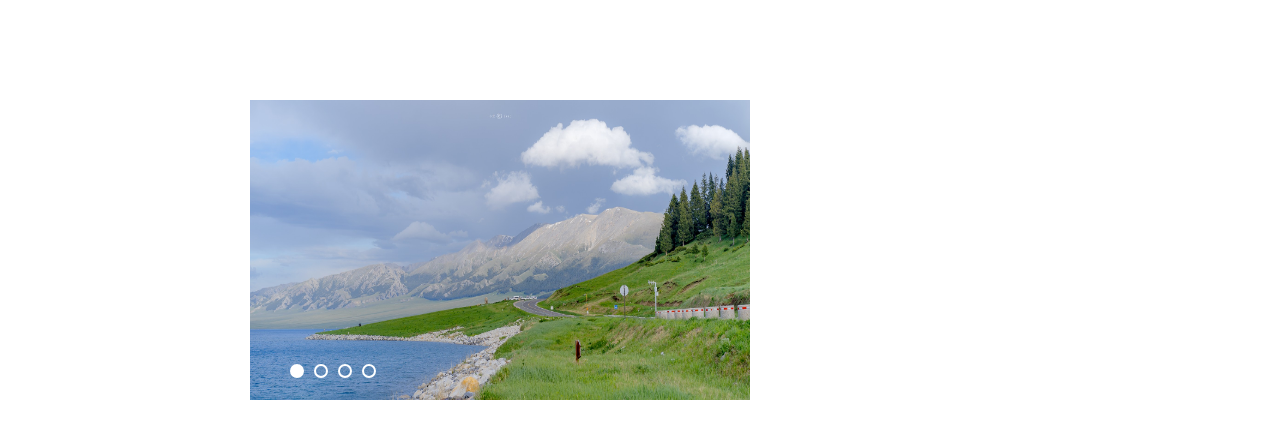
Repository: Sky0258/study
Page: js/25.轮播图案例.html
An editor plug-in stored every save of this project. The page is shown before and after the next save, followed by the edit.
The browser window is 1280 px wide. The pictures show the whole page.

Above is the page before, as saved 2022-09-19 10:03:20.

After the next save:
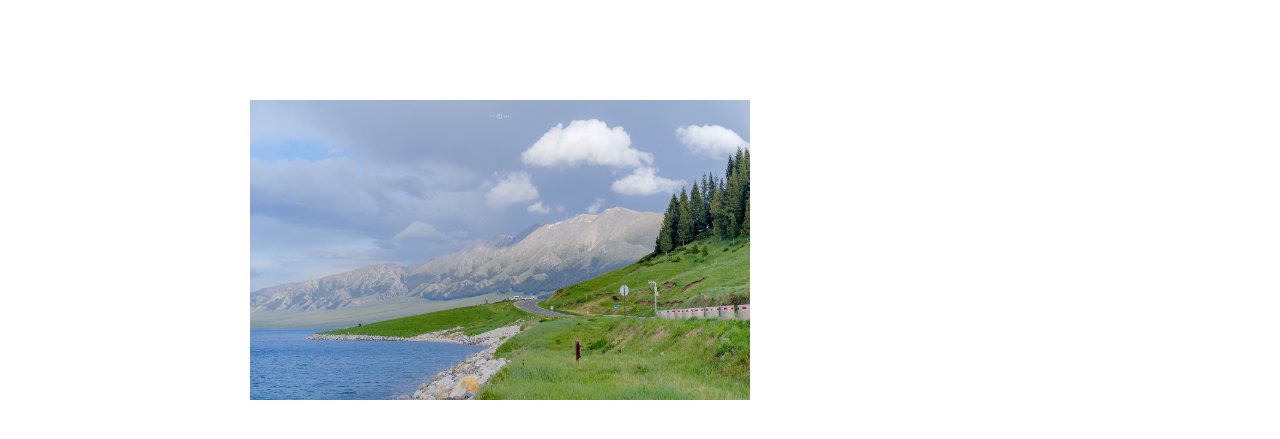
Saved 3 min 45 s later.
--- a/js/25.轮播图案例.html
+++ b/js/25.轮播图案例.html
@@ -87,6 +87,8 @@
             </li>
             <li> <img src="./timeImages/1.png" alt="">
             </li>
+            <li> <img src="./timeImages/20210706210945_81de4.jpg" alt="">
+            </li>
         </ul>
         <ul class="circle">
         </ul>
